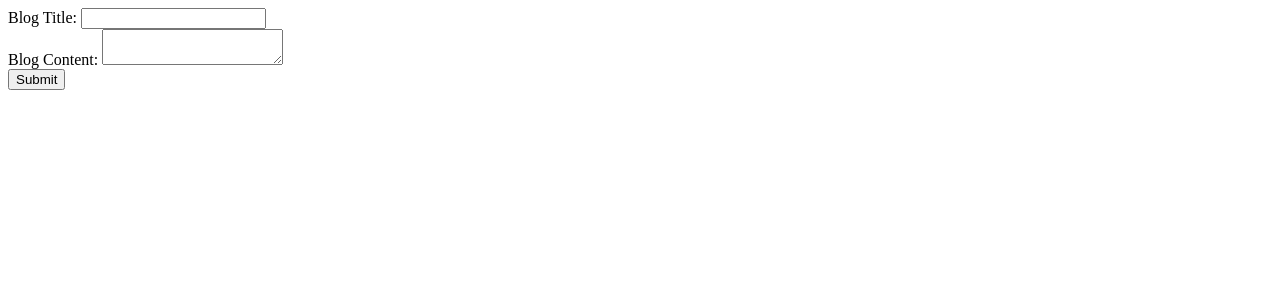
Repository: aneishkumar/AngularJS-Application
Page: Angularjs-Application-march1st/project2/WebContent/addblog.html
These files come from the project's save history. The page is drawn as it stood at one moment and after the next save; the edit follows.
The browser window is 1280 px wide. The pictures show the whole page.

Above is the page before, as saved 2018-02-27 11:27:17.

### Angularjs-Application-march1st/project2/WebContent/addblog.html
<div class="containter">
<form>
<div class="form-group">
<label>Blog Title:</label>
<input type="text" ng-model="blog.blogtitle">
</div>
<div class="form-group">
<label>Blog Content: </label>
<textarea  ng-model="blog.blogcontent" class="form-control"></textarea>
</div>
<input type="submit" ng-click="addblog(blog)">

</form>


</div>

After the next save:
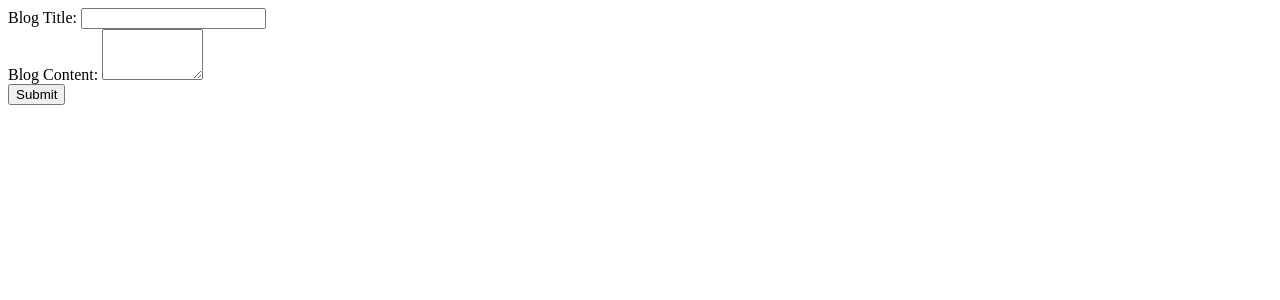
Saved 87 s later.
--- a/Angularjs-Application-march1st/project2/WebContent/addblog.html
+++ b/Angularjs-Application-march1st/project2/WebContent/addblog.html
@@ -6,7 +6,7 @@
 </div>
 <div class="form-group">
 <label>Blog Content: </label>
-<textarea  ng-model="blog.blogcontent" class="form-control"></textarea>
+<textarea  ng-model="blog.blogcontent" rows="3" cols="10" class="form-control"></textarea>
 </div>
 <input type="submit" ng-click="addblog(blog)">
 
